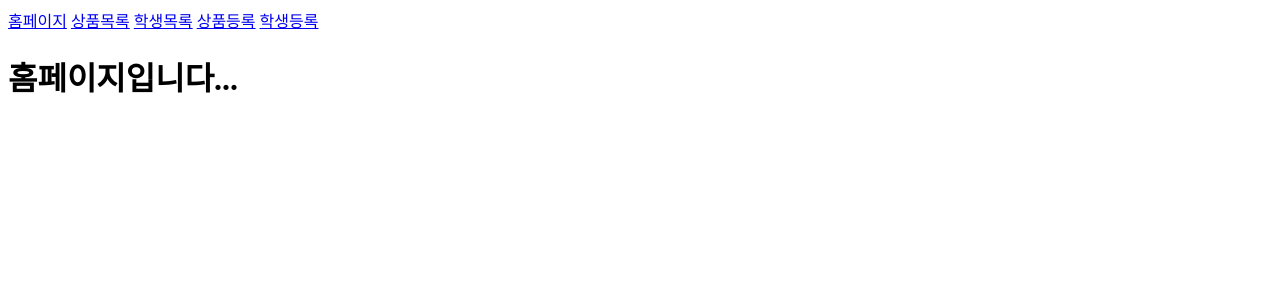
Repository: gwangso/web
Page: http://localhost/ex01/
An editor plug-in stored every save of this project. The page is shown before and after the next save, followed by the edit.
The browser window is 1280 px wide. The pictures show the whole page.
The page is served by Tomcat 9. Other server files are loaded and not shown.

Above is the page before, as saved 2023-07-24 02:40:01.

### ex01/src/main/webapp/home.jsp
<%@ page language="java" contentType="text/html; charset=UTF-8"
    pageEncoding="UTF-8"%>
<!DOCTYPE html>
<html>
	<head>
		<meta charset="UTF-8">
		<title>홈페이지</title>
	</head>
<body>
	<div>
		<a href="/">홈페이지</a>
		<a href="/pro/list">상품목록</a>
		<a href="/stu/list">학생목록</a>
		<a href="/pro/insert">상품등록</a>
		<a href="/stu/insert">학생등록</a>
	</div>
	<h1>홈페이지입니다...</h1>


</body>
</html>

### ex01/src/main/java/controller/HomeController.java
package controller;

import java.io.IOException;

import javax.servlet.RequestDispatcher;
import javax.servlet.ServletException;
import javax.servlet.annotation.WebServlet;
import javax.servlet.http.HttpServlet;
import javax.servlet.http.HttpServletRequest;
import javax.servlet.http.HttpServletResponse;

// /라고 치면 get으로 간다.
@WebServlet("/")
public class HomeController extends HttpServlet {
	private static final long serialVersionUID = 1L;


	protected void doGet(HttpServletRequest request, HttpServletResponse response) throws ServletException, IOException {
		RequestDispatcher dis = request.getRequestDispatcher("home.jsp");
		dis.forward(request, response);
	}


	protected void doPost(HttpServletRequest request, HttpServletResponse response) throws ServletException, IOException {

	}

}

After the next save:
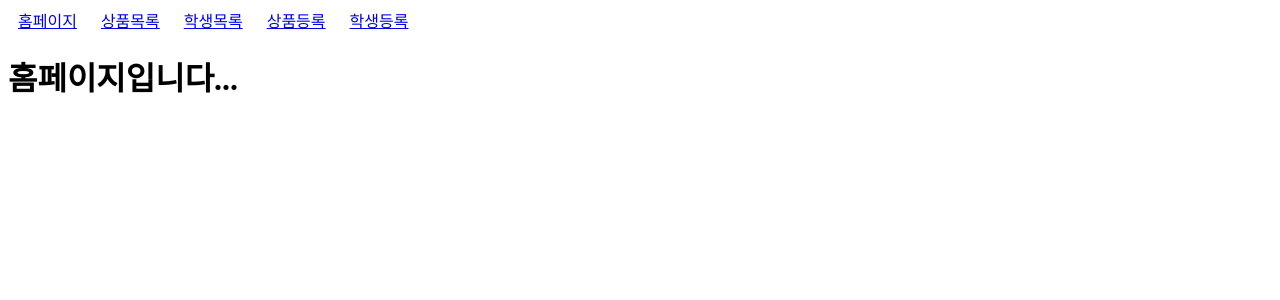
Saved 44 s later.
--- a/ex01/src/main/webapp/home.jsp
+++ b/ex01/src/main/webapp/home.jsp
@@ -5,6 +5,11 @@
 	<head>
 		<meta charset="UTF-8">
 		<title>홈페이지</title>
+		<style>
+			a {
+				margin:10px;
+			}
+		</style>
 	</head>
 <body>
 	<div>
